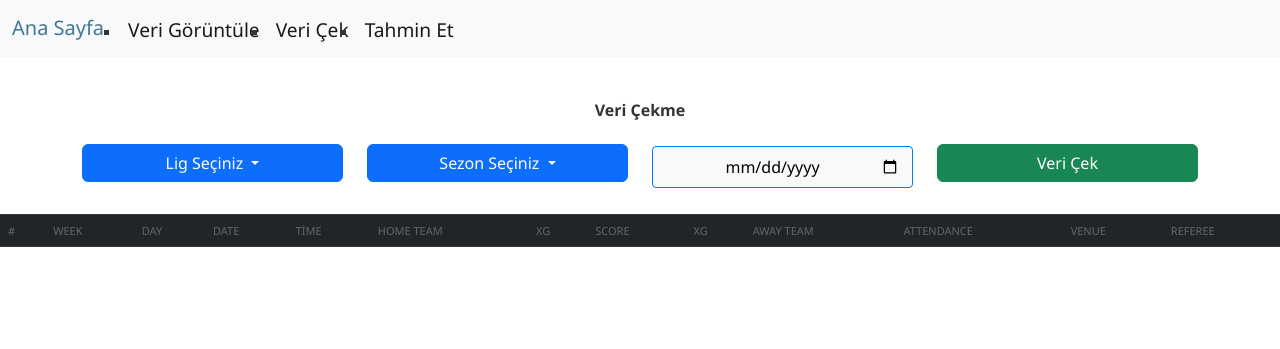
Repository: keremtanil/football_match_result_prediction
Page: http://localhost/live_collect_data/
These files come from the project's save history. The page is drawn as it stood at one moment and after the next save; the edit follows.
The browser window is 1280 px wide. The pictures show the whole page.
The page is served by the project's application, run on Django 3.2 (blogapp/manage.py).

Above is the page before, as saved 2025-01-06 15:55:01.

After the next save:
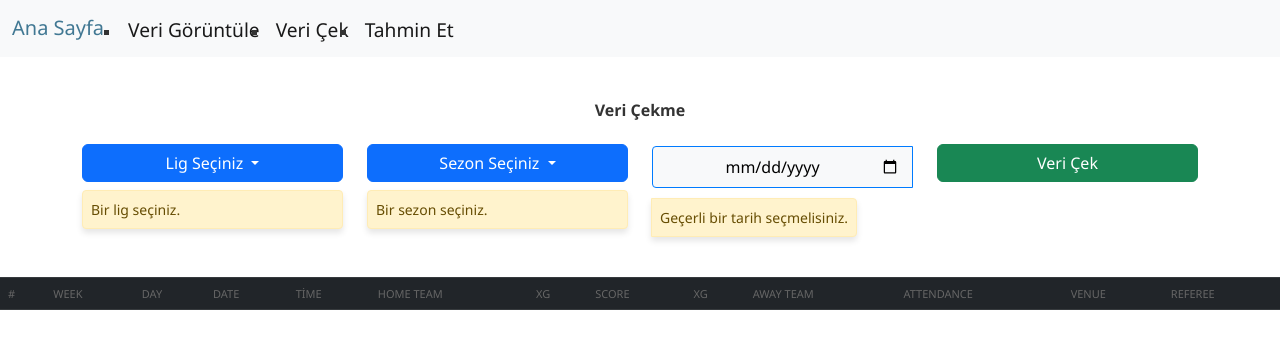
Saved 11 min 53 s later.
--- a/blogapp/blog/templates/blog/live_collect_data.html
+++ b/blogapp/blog/templates/blog/live_collect_data.html
@@ -41,10 +41,11 @@
                         {% endfor %}
                     </ul>
                     <input type="hidden" id="leagueInput" name="league" value="{{ selected_league|default:'' }}">
-                    <!-- Add alert container -->
-                    <div id="leagueAlert" class="alert alert-warning" style="display: none; position: absolute; width: 100%; margin-top: 5px; z-index: 1000;">
-                        <i class="fas fa-exclamation-triangle"></i> Lütfen bir lig seçiniz.
-                     </div>
+                    {% if validation_errors.league %}
+                    <div class="alert alert-warning mt-2">
+                        <i class="fas fa-exclamation-triangle"></i> {{ validation_errors.league }}
+                    </div>
+                    {% endif %}
                 </div>
             </div>
 
@@ -65,9 +66,11 @@
                     </ul>
                     <input type="hidden" id="seasonInput" name="season" value="{{ selected_season|default:'' }}">
                     <!-- Add alert container -->
-                    <div id="seasonAlert" class="alert alert-warning" style="display: none; position: absolute; width: 100%; margin-top: 5px; z-index: 1000;">
-                        <i class="fas fa-exclamation-triangle"></i> Lütfen bir sezon seçiniz.
+                    {% if validation_errors.season %}
+                    <div class="alert alert-warning mt-2">
+                        <i class="fas fa-exclamation-triangle"></i> {{ validation_errors.season }}
                     </div>
+                    {% endif %}
                 </div>
             </div>
 
@@ -75,6 +78,11 @@
             <div class="col-md-3 mb-3 mb-md-0">
                 <div class="input-group">
                     {{ form.match_date }} <!-- Formdaki takvim alanı -->
+                    {% if validation_errors.date %}
+                    <div class="alert alert-warning mt-2">
+                        <i class="fas fa-exclamation-triangle"></i> {{ validation_errors.date }}
+                    </div>
+                    {% endif %}
                 </div>
             </div>
 
